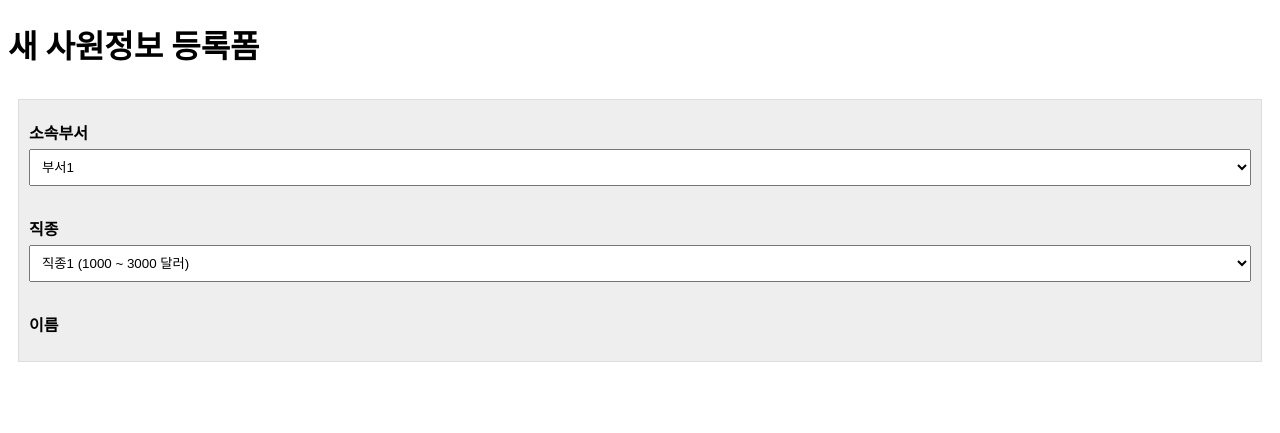
Repository: benpark0613/basic
Page: http://localhost/sample/hr/emp/form.jsp
The author's editor kept a copy of each file at every save. The page is drawn from the files as they stood at one save, then again after the next save.
The browser window is 1280 px wide. The pictures show the whole page.
The page is served by Tomcat 9.

Above is the page before, as saved 2021-11-12 05:32:03.

After the next save:
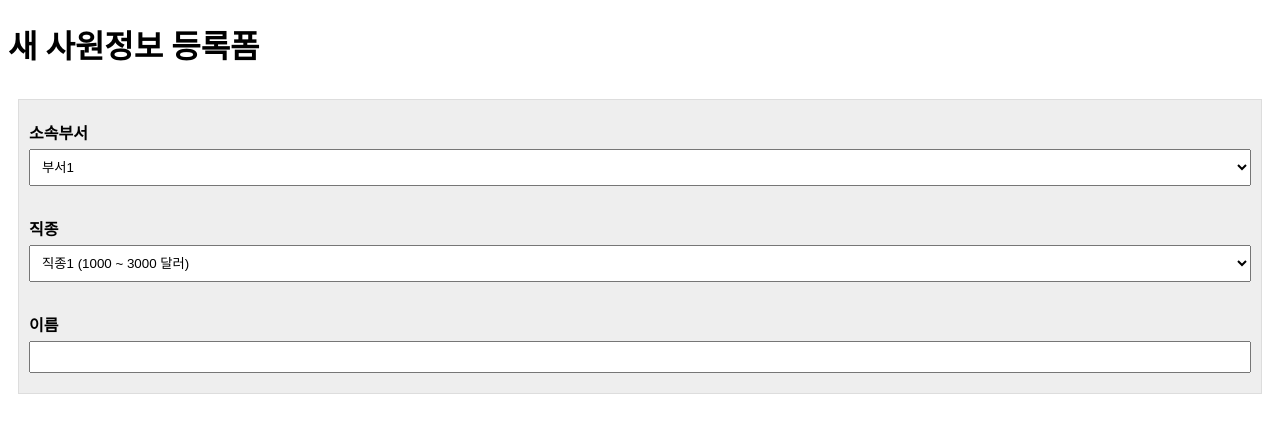
Saved 29 s later.
--- a/HR_app/sample/src/main/webapp/hr/emp/form.jsp
+++ b/HR_app/sample/src/main/webapp/hr/emp/form.jsp
@@ -30,6 +30,7 @@
 			</div>
 			<div class="form-group">
 				<label>이름</label>
+				<input type="text" name="firstName" />
 			</div>
 		</form>
 	</div>
